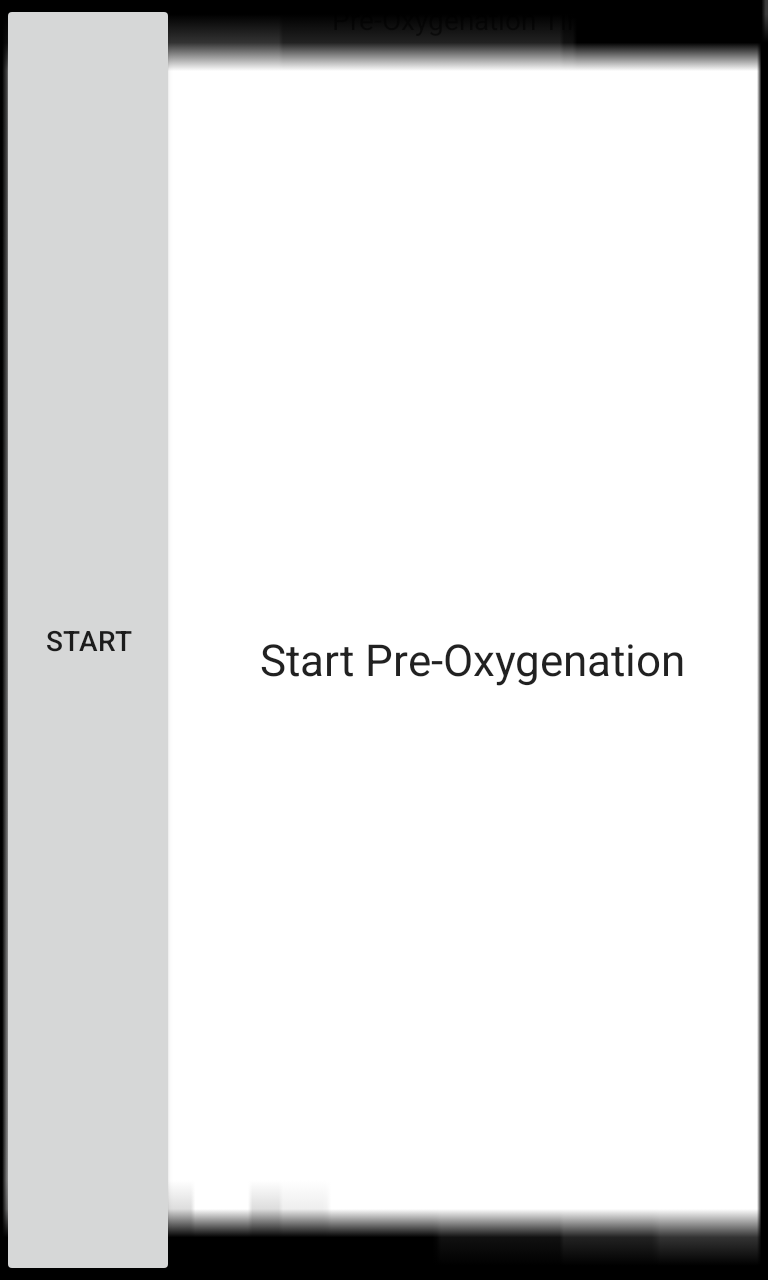
Repository: bentaylor42/RSIReady
Layout: RSIReady/res/layout/fragment_preo2_clock.xml
The author's editor kept a copy of each file at every save. The layout is drawn from the files as they stood at one save, then again after the next save.
It is drawn on a 768 x 1280 px phone screen (xhdpi) without system bars, with theme AppTheme; the app's code is not run.

Above is the layout before, as saved 2014-08-10 14:44:39.

### RSIReady/res/layout/fragment_preo2_clock.xml
<?xml version="1.0" encoding="utf-8"?>
<RelativeLayout xmlns:android="http://schemas.android.com/apk/res/android"
    android:layout_width="match_parent"
    android:layout_height="60dp"
    android:background="@drawable/plain_border" >

    <Button
        android:id="@+id/buttonStartPreO2"
        android:layout_width="wrap_content"
        android:layout_height="wrap_content"
        android:layout_alignParentLeft="true"
        android:layout_alignParentTop="true"
        android:layout_alignParentBottom="true"
        android:text="@string/start" />

    <TextView
        android:id="@+id/textViewPreO2Title"
        android:layout_width="wrap_content"
        android:layout_height="wrap_content"
        android:layout_alignLeft="@dimen/activity_horizontal_margin"
        android:layout_alignParentRight="true"
        android:layout_alignTop="@+id/buttonStartPreO2"
        android:layout_toRightOf="@+id/buttonStartPreO2"
        android:gravity="center"
        android:text="@string/preo2_header" />

    <TextView
        android:id="@+id/textViewDisplayPreO2"
        android:layout_width="wrap_content"
        android:layout_height="wrap_content"
        android:layout_alignBottom="@+id/buttonStartPreO2"
        android:layout_alignLeft="@+id/textViewPreO2Title"
        android:layout_alignParentRight="true"
        android:layout_below="@+id/textViewPreO2Title"
        android:gravity="center"
        android:text="@string/click_start_preo2"
        android:textAppearance="?android:attr/textAppearanceLarge" />

</RelativeLayout>

### RSIReady/res/values/styles.xml
<resources>

    <!--
        Base application theme, dependent on API level. This theme is replaced
        by AppBaseTheme from res/values-vXX/styles.xml on newer devices.
    -->
    <style name="AppBaseTheme" parent="Theme.AppCompat.Light">
        <!--
            Theme customizations available in newer API levels can go in
            res/values-vXX/styles.xml, while customizations related to
            backward-compatibility can go here.
        -->
    </style>

    <!-- Application theme. -->
    <style name="AppTheme" parent="AppBaseTheme">
        <!-- All customizations that are NOT specific to a particular API-level can go here. -->
    </style>


</resources>

### RSIReady/res/values/strings.xml
<?xml version="1.0" encoding="utf-8"?>
<resources>

    <string name="app_name">RSI Ready</string>
    <string name="Copyright_2014">\u00A9 RSI Ready 2014.  All Rights Reserved</string>
    <string name="Copyright_After_2014">\u00A9 RSI Ready 2014-%1$d.  All Rights Reserved</string>
    <string name="Emergency">Emergency</string>
    <string name="EmergencyMenu">Emergency Menu</string>
    <string name="Home">Home</string>
    <string name="Mission_Statement">Making Emergency Anesthesia Safer</string>
    <string name="phemModeString">Pre-Hospital Mode:</string>
    <string name="rsiNow">RSI Now</string>
    <string name="Settings">Settings</string>
    <string name="SettingsMenu">Settings Menu</string>
    <string name="TabIndications">Indications</string>
    <string name="TabDrugs">Drugs</string>
    <string name="TabEquipment">Equipment</string>
    <string name="TabTeam">Team</string>
    <string name="TabFinal">Final</string>
    <string name="UsefulTools">Useful Tools</string>
    <string name="Version">Version: </string>

    <string name="title_activity_example">Example</string>
    <string name="hello_world">Hello world!</string>
    <string name="action_settings">Settings</string>
    <string name="start">Start</string>
    <string name="preo2_header">Pre-Oxygenation Time:</string>
    <string name="stop">Stop</string>
    <string name="click_start_preo2">Start Pre-Oxygenation</string>


</resources>

### RSIReady/res/values/dimens.xml
<resources>

    <!-- Default screen margins, per the Android Design guidelines. -->
    <dimen name="activity_horizontal_margin">16dp</dimen>
    <dimen name="activity_vertical_margin">16dp</dimen>

    <dimen name="text_size_small">12sp</dimen>

</resources>

Loaded but not shown: RSIReady/res/values-v11/styles.xml (common file); RSIReady/res/values-v14/styles.xml (common file); RSIReady/res/values-w820dp/dimens.xml (common file)

After the next save:
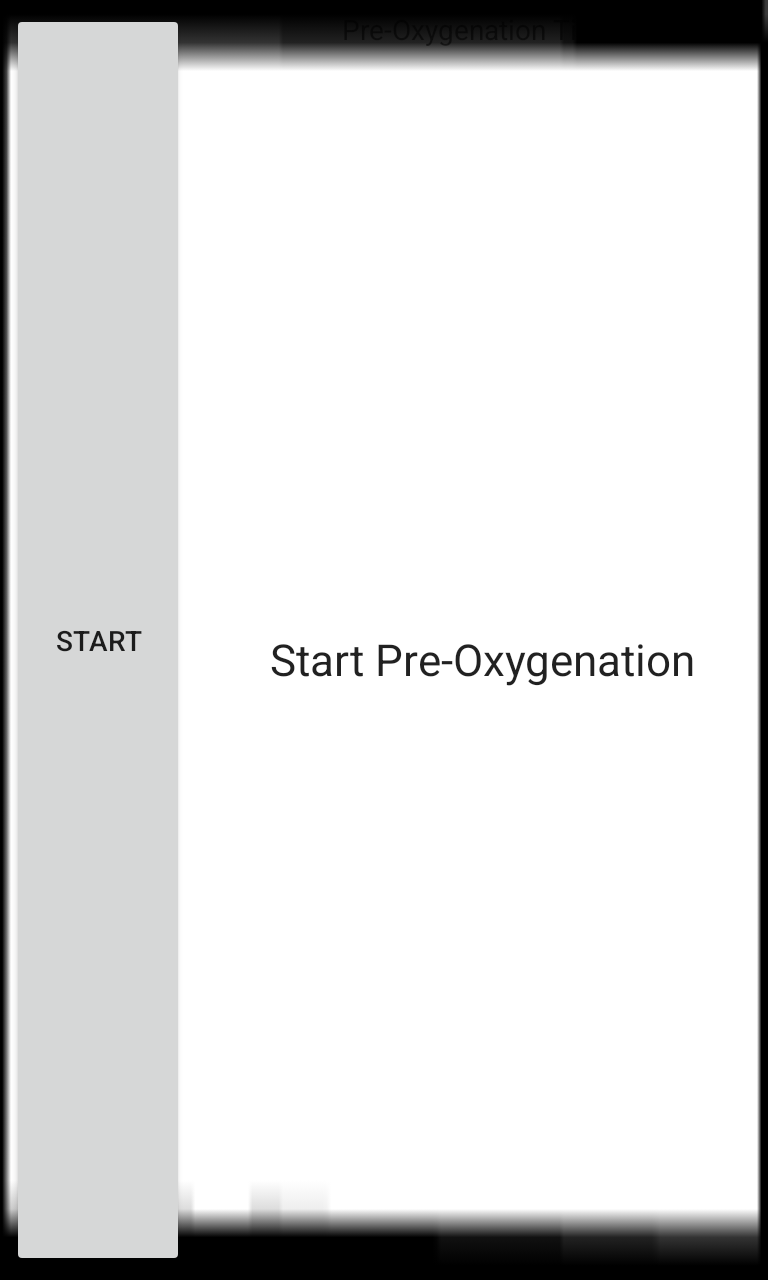
Saved 84 s later.
--- a/RSIReady/res/layout/fragment_preo2_clock.xml
+++ b/RSIReady/res/layout/fragment_preo2_clock.xml
@@ -8,9 +8,13 @@
         android:id="@+id/buttonStartPreO2"
         android:layout_width="wrap_content"
         android:layout_height="wrap_content"
+        android:layout_alignParentBottom="true"
         android:layout_alignParentLeft="true"
         android:layout_alignParentTop="true"
-        android:layout_alignParentBottom="true"
+        android:layout_margin="5dp"
+        android:layout_marginLeft="5dp"
+        android:layout_marginRight="5dp"
+        android:layout_marginTop="5dp"
         android:text="@string/start" />
 
     <TextView
